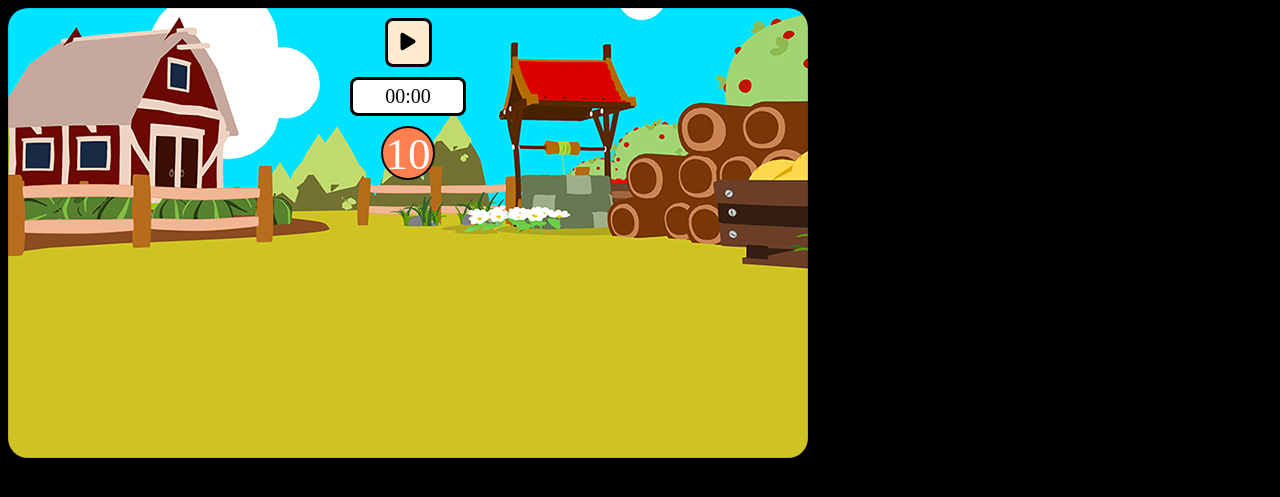
Repository: rladpwl0512/dreamcoding_browser101
Page: (7) catch-carrot-game/catch carrot/index.html
These files come from the project's save history. The page is drawn as it stood at one moment and after the next save; the edit follows.
The browser window is 1280 px wide. The pictures show the whole page.
Some web libraries are served in a nearby version.

Above is the page before, as saved 2021-10-07 21:30:33.

### (7) catch-carrot-game/catch carrot/index.html
<!DOCTYPE html>
<html lang="en">
<head>
  <meta charset="UTF-8">
  <meta http-equiv="X-UA-Compatible" content="IE=edge">
  <meta name="viewport" content="width=device-width, initial-scale=1.0">
  <link rel="stylesheet" href="./style.css">
  <script src="./main.js" defer></script>
  <script src="https://kit.fontawesome.com/d1f0f5669b.js" crossorigin="anonymous"></script>
  <title>🥕catch carrot</title>
</head>
<body>
  <div class="background">
    <div class="top">
      <button class="btn">
        <i class="fas fa-play"></i>
        <!-- <i class="fas fa-pause"></i> -->
        <span class="blind">start button</span>
      </button>
      <div class="clock">00:00</div>
      <div class="count">10</div>
    </div>
    <div class="bottom">
      <div class="carrot_bug">
        <!--벌레 7개-->
        <img class="bug" src="./img/bug.png" alt="bug">
        <img class="bug" src="./img/bug.png" alt="bug">
        <img class="bug" src="./img/bug.png" alt="bug">
        <img class="bug" src="./img/bug.png" alt="bug">
        <img class="bug" src="./img/bug.png" alt="bug">
        <img class="bug" src="./img/bug.png" alt="bug">
        <img class="bug" src="./img/bug.png" alt="bug">
        <!--당근 10개-->
        <img class="carrot" src="./img/carrot.png" alt="bug">
        <img class="carrot" src="./img/carrot.png" alt="bug">
        <img class="carrot" src="./img/carrot.png" alt="bug">
        <img class="carrot" src="./img/carrot.png" alt="bug">
        <img class="carrot" src="./img/carrot.png" alt="bug">
        <img class="carrot" src="./img/carrot.png" alt="bug">
        <img class="carrot" src="./img/carrot.png" alt="bug">
        <img class="carrot" src="./img/carrot.png" alt="bug">
        <img class="carrot" src="./img/carrot.png" alt="bug">
        <img class="carrot" src="./img/carrot.png" alt="bug">
      </div>
      <div class="alert">
        <button class="btn_replay">
          <i class="fas fa-redo-alt"></i>
        </button>
        <div class="message">YOU LOST💩</div>
      </div>
    </div>
  </div>
</body>
</html>

### (7) catch-carrot-game/catch carrot/style.css
@charset "UTF-8";

body {
  background-color: black;
  text-align: center;
}

button {
  background: transparent;
  box-shadow: 0px 0px 0px transparent;
  border: 0px solid transparent;
  text-shadow: 0px 0px 0px transparent;
  cursor: pointer;
}

.background {
  box-sizing: border-box;
  background-image: url(./img/background.png);
  background-repeat: no-repeat;
  width: 800px;
  height: 450px;
  border-radius: 20px;
  padding-top: 10px;
}

.btn, .btn_replay {
  display: block;
  margin: 0px auto;
  padding: 10px 13px;
  font-size: 20px;
  border: 3px solid black;
  border-radius: 8px;
  background-color: blanchedalmond;
}

.clock {
  width: 100px;
  background-color: white;
  border: 3px solid black;
  border-radius: 8px;
  padding: 5px;
  margin: 0 auto;
  font-size: 20px;
  margin: 10px auto 0;
}

.count {
  width: 50px;
  height: 50px;
  font-size: 45px;
  color: white;
  background-color: coral;
  border: 2px solid black;
  border-radius: 50%;
  margin: 10px auto 0;
}

.blind {
  position: absolute;
  width: 1px;
  height: 1px;
  clip: rect(0 0 0 0);
  margin: -1px;
  overflow: hidden;
}

.bottom {
  position: relative;
  height: 287px;
}

.bug, .carrot {
  display: none;
  position: absolute;
  top: 0;
  left: 0;
}

.alert {
  display: none;
  box-sizing: border-box;
  background-color: rgba(0, 0, 0, 0.5);  /* 50% 불투명도 */
  width: 400px;
  height: 150px;
  margin: 0 auto;
  border-radius: 20px;
  transform: translateY(80px);
  padding-top: 20px;
}
.message {
  margin-top: 10px;
  font-size: 40px;
  color: white;
}

### (7) catch-carrot-game/catch carrot/main.js
const btn = document.querySelector('.btn');
const clock = document.querySelector('.clock');
const bugs = document.querySelectorAll('.bug');
const carrots = document.querySelectorAll('.carrot');
const count = document.querySelector('.count');
const alert = document.querySelector('.alert');
const message = document.querySelector('.message');
const btn_replay = document.querySelector('.btn_replay');

const carrotSound = new Audio();
carrotSound.src = "./sound/carrot_pull.mp3";
const bugSound  = new Audio();
bugSound.src = "./sound/bug_pull.mp3";
const bgSound = new Audio();
bgSound.src = "./sound/bg.mp3";
bgSound.volume = 0.5;
const winSound = new Audio();
winSound.src = "./sound/game_win.mp3";

let interval; //전역변수로 만들어줌! (핵심)

//게임 시작
function play() {
  //오디오 재생
  bgSound.currentTime=0; //처음부터 재생
  bgSound.play();

  //1. 중지버튼으로 변경
  btn.innerHTML=`
  <i class="fas fa-square"></i>
  <span class="blind">pause button</span>
  `;
  //2. 타이머 실행
  timer();
  //3. 카운터 실행(클릭 카운터)
  //4. 당근, 벌레 랜덤 배치
  random();
}

//타이머(count down)
let time = 11; //10초
function timer() {
    interval = setInterval(function() {
      time--;
      if(time === -1) {
        lost();
        stopTimer();
        return;
      }
      clock.innerHTML = `00:${time}`;
  }, 1000); //1초마다 실행
}

//timer 멈춤
function stopTimer() {
  clearInterval(interval);
}
//랜덤 배치
function random() {
  for(let bug of bugs) {
    let xNum = Math.floor(Math.random() * 720);
    let yNum = Math.floor(Math.random() * 170);
    bug.style.display = "block";
    bug.style.transform = `translate(${xNum}px, ${yNum}px)`;
  }
  for(let carrot of carrots) {
    xNum = Math.floor(Math.random() * 720);
    yNum = Math.floor(Math.random() * 170);
    carrot.style.display = "block";
    carrot.style.transform = `translate(${xNum}px, ${yNum}px)`;
  }
}

function lost() {
  bgSound.pause();
  bugSound.play();
  alert.style.display = "block";
  btn.style.visibility = "hidden";
}

function win() {
  bgSound.pause();
  winSound.play();
  message.innerHTML = "YOU WON🎉"
  alert.style.display = "block"; //you won
  btn.style.visibility = "hidden";
}

//play button이 클릭 되었을 때
btn.addEventListener('click', () => {
  play();
});

//당근이 클릭되었을 때
let cnt = 10; //당근 갯수
for(let carrot of carrots) {
  carrot.addEventListener('click', () => {
    carrot.style.display = "none"; //당근 사라지게 함
    cnt--;//counter 횟수 줄어듦
    count.innerHTML = cnt;
    carrotSound.play();

    if(time>=0 && cnt===0) {
      win();
      stopTimer();
    }
});

//벌레가 클릭되었을 때
for(let bug of bugs) {
  bug.addEventListener('click', () => {
    //you lost
    lost();
    stopTimer();
  })
}
}

//replay
btn_replay.addEventListener('click', () => {
  alert.style.visibility = 'hidden';
  btn.style.visibility = "visible";
  cnt=10;
  count.innerHTML=cnt;
  time=11;

  play();
})

After the next save:
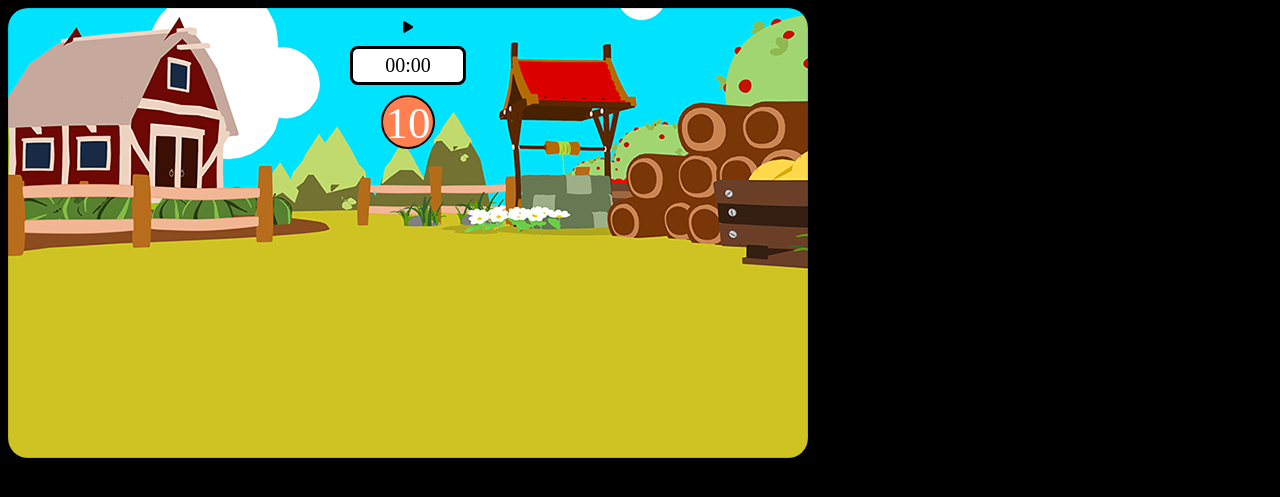
Console error: TypeError: Cannot read properties of null (reading 'addEventListener')
Saved 2 min 36 s later.
--- a/(7) catch-carrot-game/catch carrot/index.html
+++ b/(7) catch-carrot-game/catch carrot/index.html
@@ -12,7 +12,7 @@
 <body>
   <div class="background">
     <div class="top">
-      <button class="btn">
+      <button class="btn_play">
         <i class="fas fa-play"></i>
         <!-- <i class="fas fa-pause"></i> -->
         <span class="blind">start button</span>

After the save that followed:
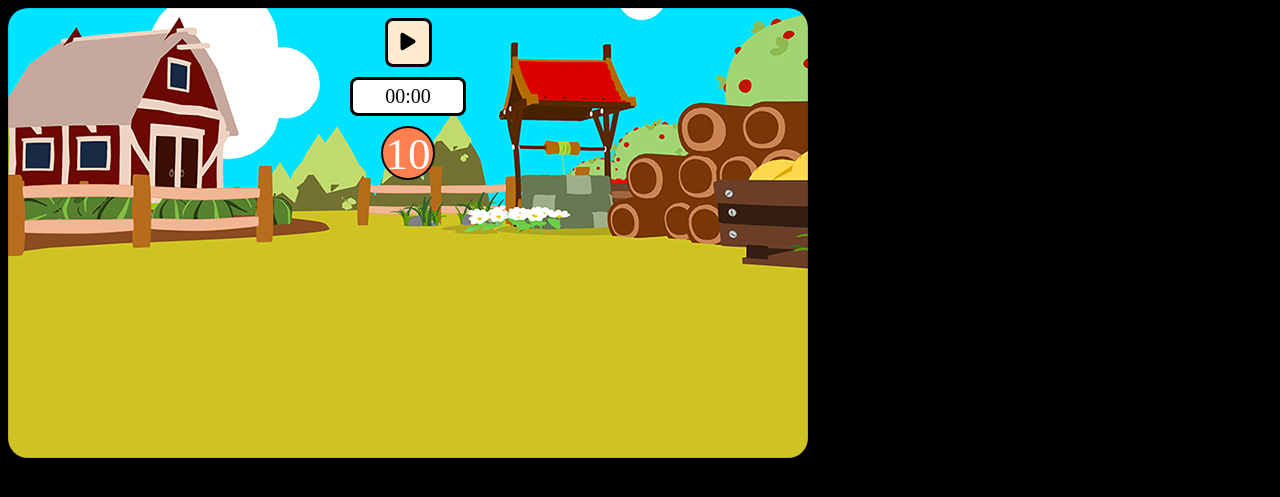
Saved 9 s later.
--- a/(7) catch-carrot-game/catch carrot/style.css
+++ b/(7) catch-carrot-game/catch carrot/style.css
@@ -23,7 +23,7 @@ button {
   padding-top: 10px;
 }
 
-.btn, .btn_replay {
+.btn_play, .btn_replay {
   display: block;
   margin: 0px auto;
   padding: 10px 13px;
